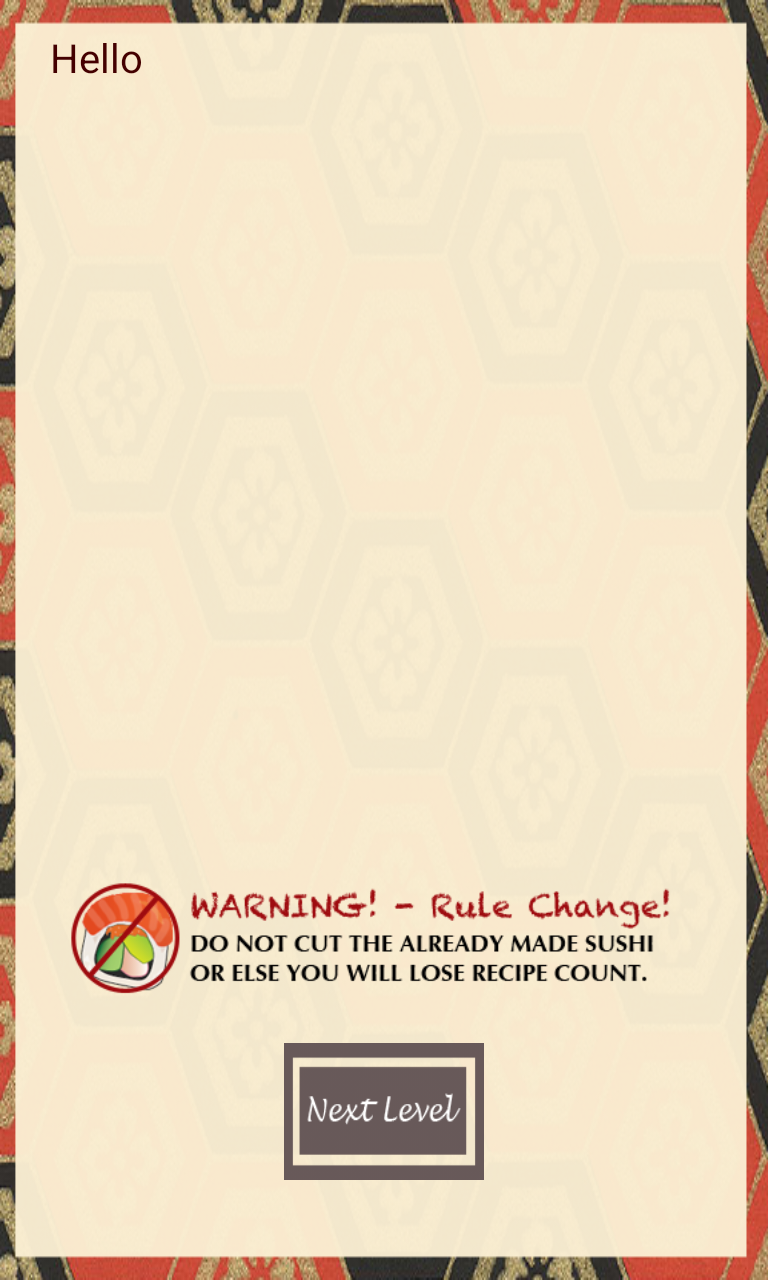
Repository: Kreispy/Sushi-Samurai
Layout: SushiNinja/res/layout/dialog.xml
An editor plug-in stored every save of this project. The layout is shown before and after the next save, followed by the edit.
It is drawn on a 768 x 1280 px phone screen (xhdpi) without system bars, with theme AppTheme; the app's code is not run.

Above is the layout before, as saved 2013-04-27 04:51:30.

### SushiNinja/res/layout/dialog.xml
<?xml version="1.0" encoding="utf-8"?>
<RelativeLayout xmlns:android="http://schemas.android.com/apk/res/android"
    android:layout_width="fill_parent"
    android:layout_height="fill_parent"
    android:background="@drawable/scroll" >

    <LinearLayout
        android:layout_width="match_parent"
        android:layout_height="wrap_content" >

    <ImageView
         android:id="@+id/rank"
         android:layout_width="wrap_content"
         android:layout_height="wrap_content"
         android:layout_alignParentLeft="true"
         android:layout_marginLeft="25dp"
         android:layout_marginTop="15dp"
               android:adjustViewBounds="true" />

    <TextView
        android:id="@+id/text"
        android:layout_width="wrap_content"
        android:layout_height="wrap_content"
        android:layout_alignParentRight="true"
        android:layout_marginTop="15dp"
        android:lineSpacingExtra="15dp"
        android:text="Hello"
        android:textColor="#400"
        android:textSize="@dimen/text20" />

</LinearLayout>
     <Button
         android:id="@+id/OKbutton"
         android:layout_width="100dp"
         android:layout_height="wrap_content"
         android:layout_centerHorizontal="true"
     	 android:layout_alignParentBottom="true"
     	 android:layout_marginBottom="50dp"
         android:background="@drawable/levelbutton" />

     <ImageView
         android:id="@+id/imageView1"
         android:layout_width="wrap_content"
         android:layout_height="wrap_content"
         android:layout_above="@+id/OKbutton"
         android:layout_marginBottom="15dp"
         android:layout_centerHorizontal="true"
         android:src="@drawable/warning"
         android:adjustViewBounds="true" />

</RelativeLayout>

### SushiNinja/res/values/dimens.xml
<?xml version="1.0" encoding="utf-8"?>
<resources>
    <dimen name="textSize">15dp</dimen>
    <dimen name="text25">25dp</dimen>
    <dimen name="text20">20dp</dimen>
    <dimen name="width75">75dp</dimen>
    <dimen name="width120">120dp</dimen>
    <dimen name="text35">35dp</dimen>
    <dimen name="text15">15dp</dimen>
</resources>

### SushiNinja/res/drawable-hdpi/levelbutton.xml
<?xml version="1.0" encoding="utf-8"?>
<selector xmlns:android="http://schemas.android.com/apk/res/android" >
       <item android:drawable="@drawable/level_focused"
          android:state_pressed="true" />
    <item android:drawable="@drawable/level_focused"
          android:state_focused="true" />
    <item android:drawable="@drawable/level_normal" />

</selector>

Loaded but not shown: SushiNinja/res/values/styles.xml (common file); SushiNinja/res/values-v11/styles.xml (common file); SushiNinja/res/values-v14/styles.xml (common file)

After the next save:
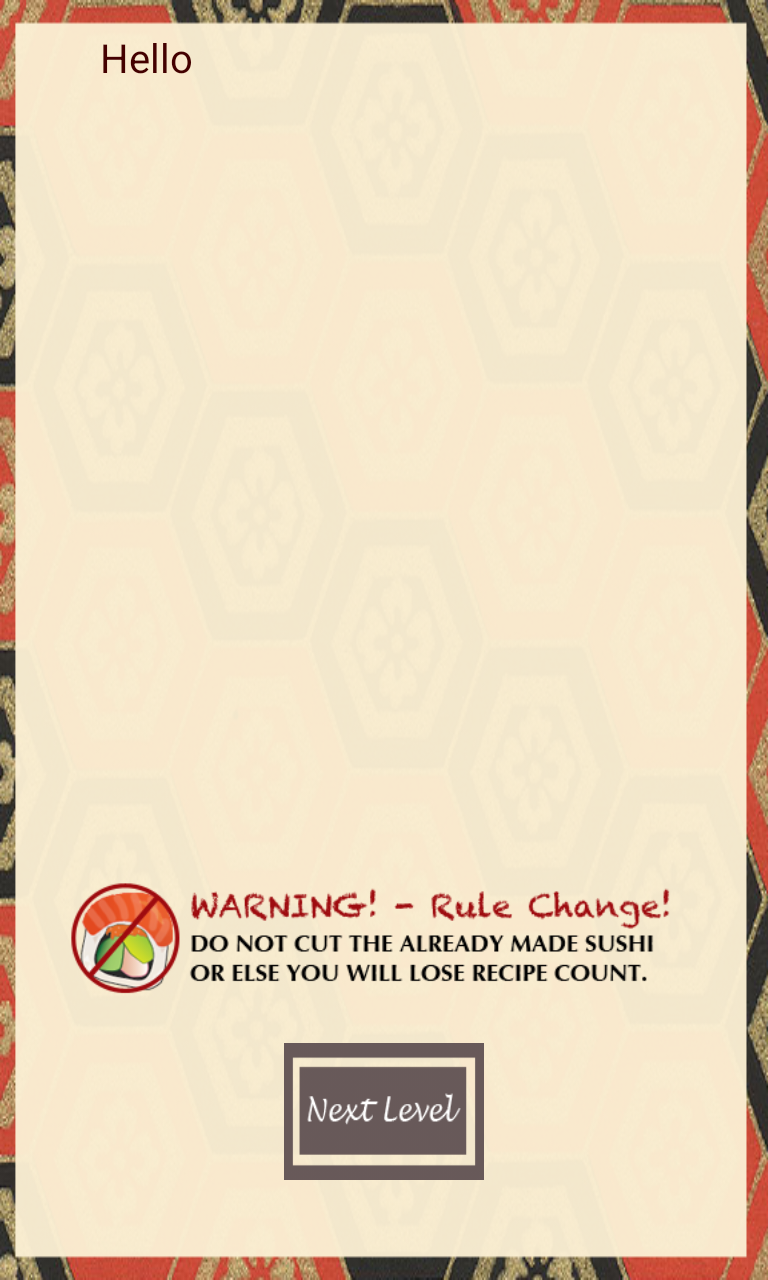
Saved 75 s later.
--- a/SushiNinja/res/layout/dialog.xml
+++ b/SushiNinja/res/layout/dialog.xml
@@ -23,6 +23,7 @@
         android:layout_height="wrap_content"
         android:layout_alignParentRight="true"
         android:layout_marginTop="15dp"
+          android:layout_marginLeft="25dp"
         android:lineSpacingExtra="15dp"
         android:text="Hello"
         android:textColor="#400"
